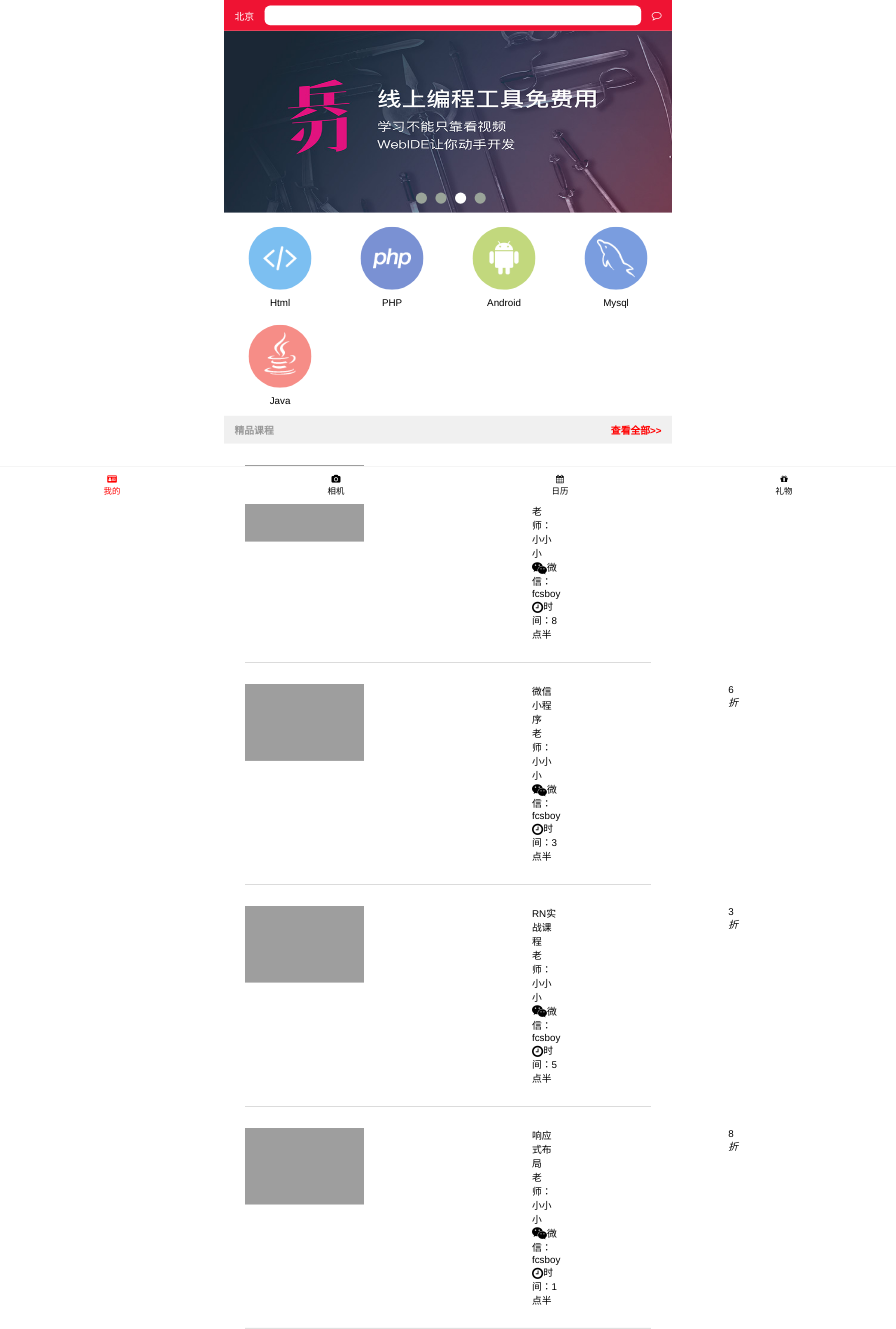
Repository: zhenzhen-gong/flextContent
Page: index.html
These files come from the project's save history. The page is drawn as it stood at one moment and after the next save; the edit follows.
The browser window is 1280 px wide. The pictures show the whole page, at 70% of full size.
Pictures or frames that could not be fetched are drawn as grey boxes.

Above is the page before, as saved 2020-06-19 10:41:21.

After the next save:
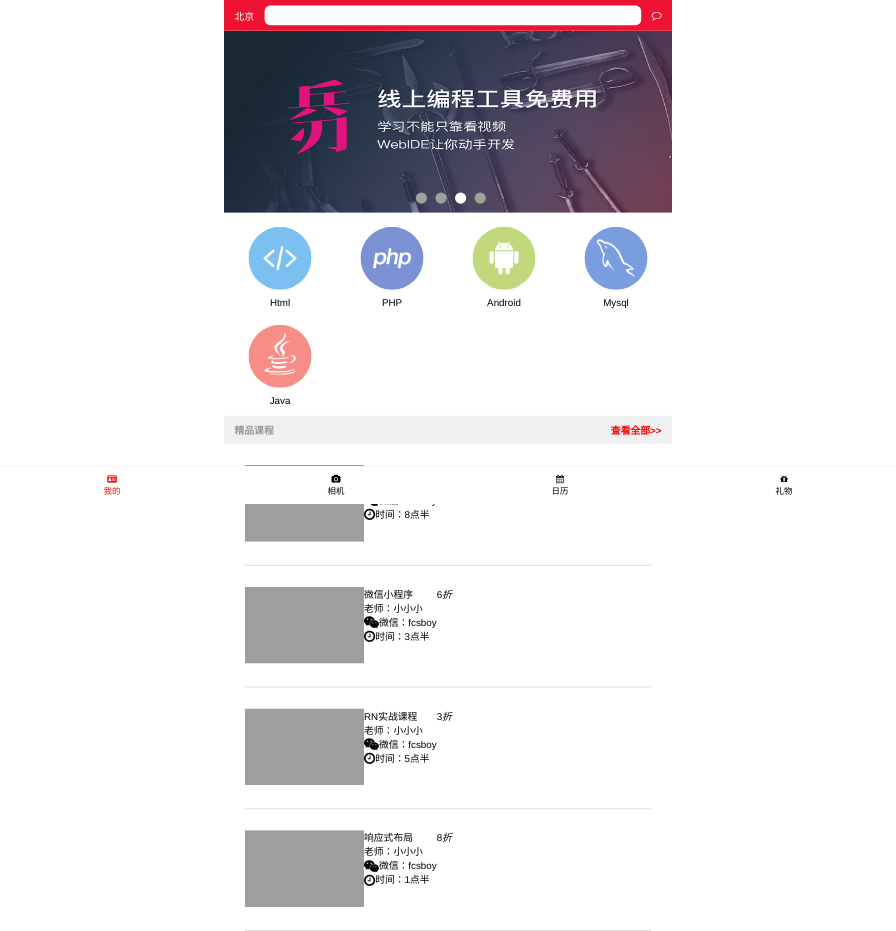
Saved 22 s later.
--- a/css/style.css
+++ b/css/style.css
@@ -140,10 +140,10 @@
     width: 170px;
     height: 110px;
 }
-section>div.items>div.item>div.item_center{
+/* section>div.items>div.item>div.item_center{
     margin-left: 15rem;
 	margin-right: 15rem;
-}
+} */
 /* 页脚部分 */
 footer{
     position: fixed;
